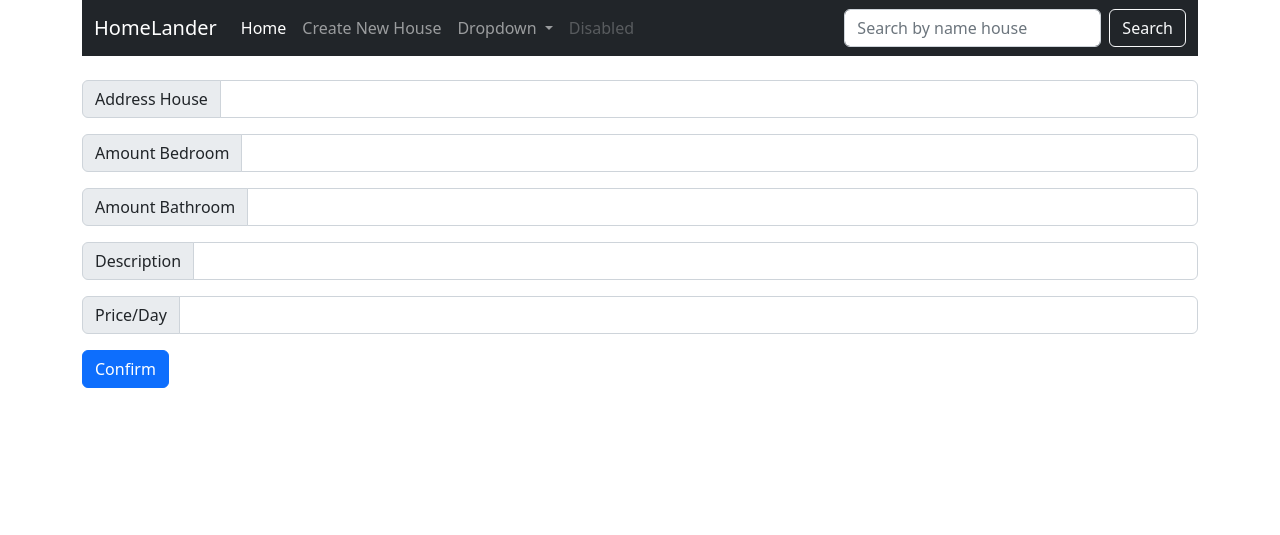
Repository: nguyenhung50497/MD3_caseStudy
Page: src/views/editHouse.html
The author's editor kept a copy of each file at every save. The page is drawn from the files as they stood at one save, then again after a run of saves.
The browser window is 1280 px wide. The pictures show the whole page.

Above is the page before, as saved 2023-01-03 10:48:26.

After the next 2 saves:
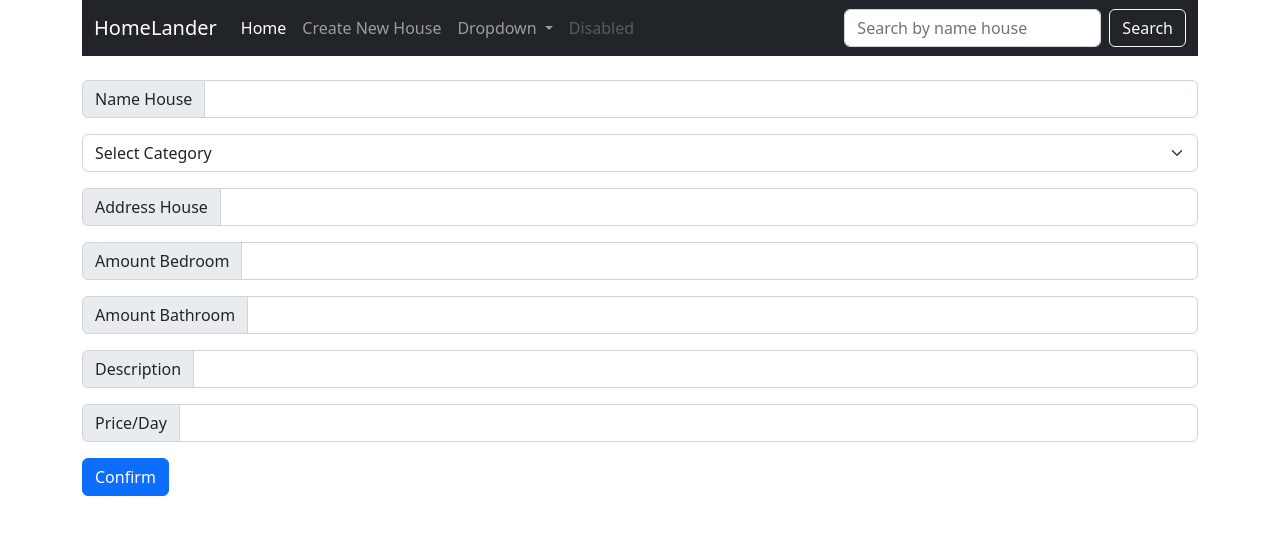
The 2 saves are shown as one change because they came seconds apart.
The last was saved 22 s later.
--- a/src/views/editHouse.html
+++ b/src/views/editHouse.html
@@ -47,6 +47,20 @@
       <br>
       <form action="" method="post">
         <div class="input-group mb-3">
+          <span class="input-group-text" id="inputGroup-sizing-default">Name House</span>
+          <input type="text" name="nameHouse" class="form-control" aria-label="Sizing example input" aria-describedby="inputGroup-sizing-default">
+        </div>
+        <div class="input-group mb-3">
+          <select class="form-select" name="typeRoom" aria-label="Default select example">
+            <option selected>Select Category</option>
+            <option value="Phòng đơn">Phòng đơn</option>
+            <option value="Phòng đôi">Phòng đôi</option>
+            <option value="Phòng VIP">Phòng VIP</option>
+            <option value="Phòng Luxury">Phòng Luxury</option>
+            <option value="Phòng Tổng Thống">Phòng Tổng Thống</option>
+          </select>
+        </div>
+        <div class="input-group mb-3">
             <span class="input-group-text" id="inputGroup-sizing-default">Address House</span>
             <input type="text" name="addressHouse" class="form-control" aria-label="Sizing example input" aria-describedby="inputGroup-sizing-default">
         </div>
